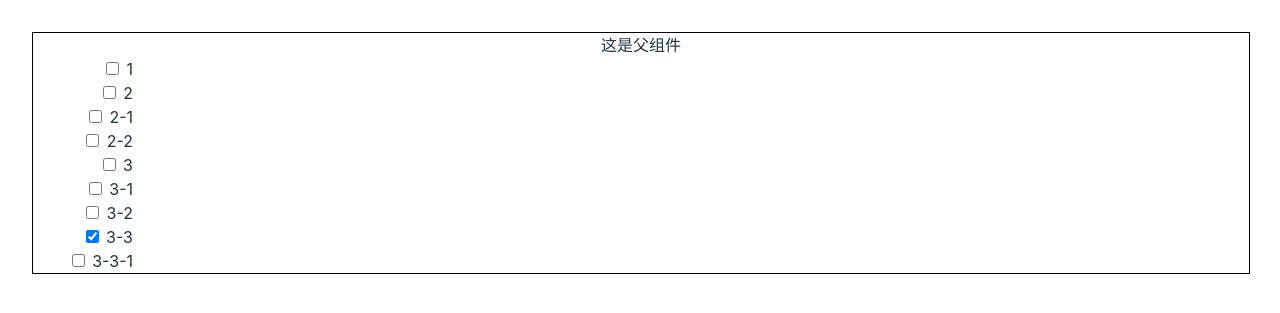
Repository: LeeypOR/management-system
Page: /
These files come from the project's save history. The page is drawn as it stood at one moment and after the next save; the edit follows.
The browser window is 1280 px wide. The pictures show the whole page.
The project was rebuilt for these pictures with package versions that can differ from the ones it lists, and the page was loaded fresh each time. Also part of the build but not shown: vite.config.ts.

Above is the page before, as saved 2023-02-22 16:16:20.
Console error: SyntaxError: Cannot use import statement outside a module

After the next save:
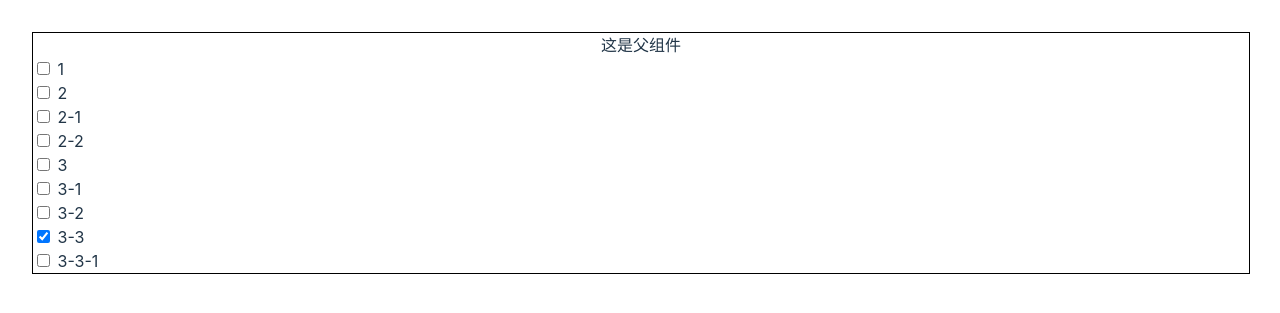
Saved 13 s later.
--- a/src/components/Children1.vue
+++ b/src/components/Children1.vue
@@ -26,6 +26,6 @@ defineProps<{
   .children1{
     width: 100px;
     /* float:right; */
-    text-align: right;
+    text-align: left;
   }
 </style>
